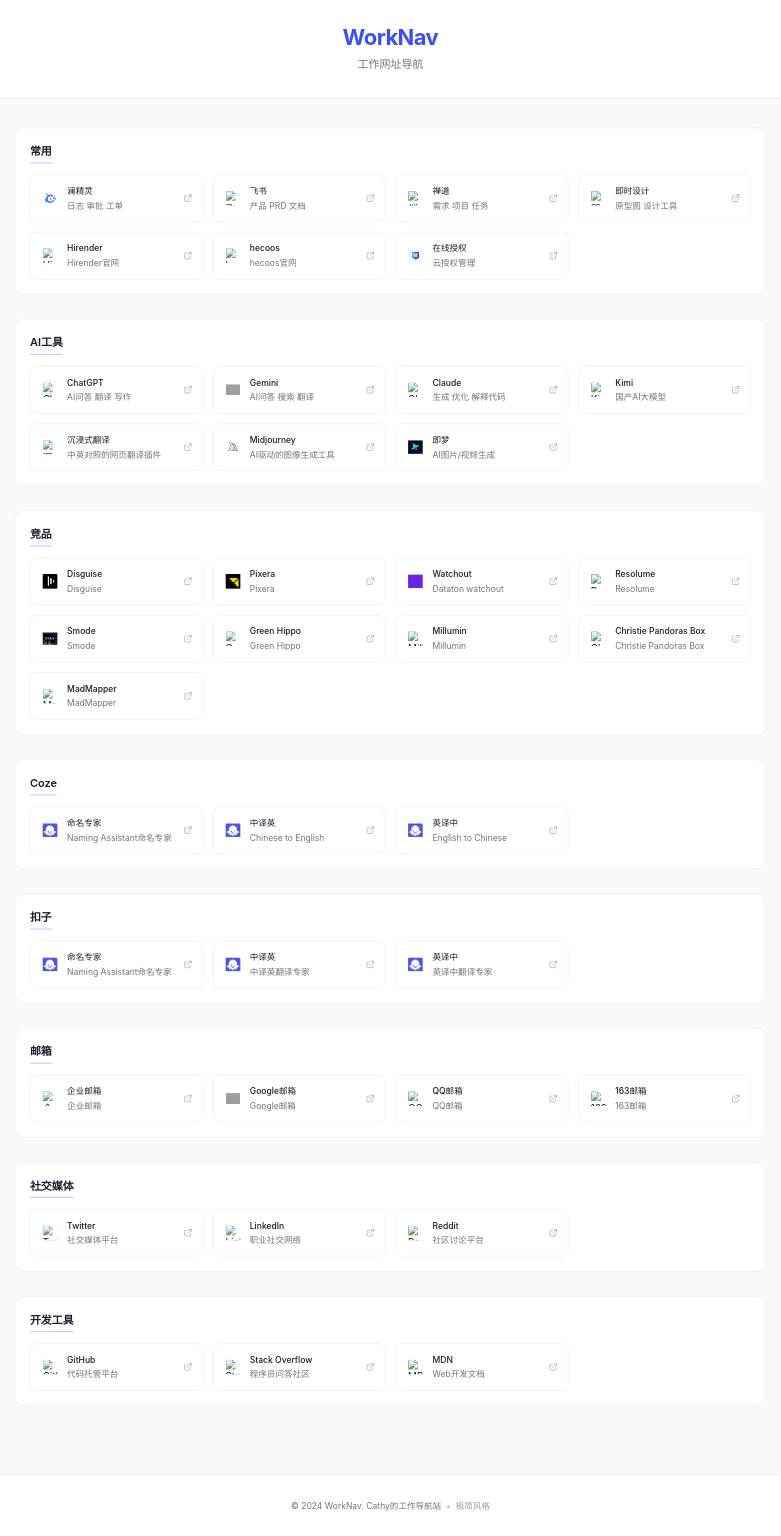
Repository: SweetPomelo0/WorkNav
Page: /
The author's editor kept a copy of each file at every save. The page is drawn from the files as they stood at one save, then again after the next save.
The browser window is 1280 px wide. The pictures show the whole page, at 61% of full size.
Pictures or frames that could not be fetched are drawn as grey boxes. The project was rebuilt for these pictures with package versions that can differ from the ones it lists, and the page was loaded fresh each time. The framework's server and built-in components were replaced by stand-ins that run in the browser. Also part of the build but not shown: next.config.ts.

Above is the page before, as saved 2025-07-26 21:06:49.

### src/app/layout.tsx
import type { Metadata } from "next";
import { Geist, Geist_Mono } from "next/font/google";
import "./globals.css";

const geistSans = Geist({
  variable: "--font-geist-sans",
  subsets: ["latin"],
});

const geistMono = Geist_Mono({
  variable: "--font-geist-mono",
  subsets: ["latin"],
});

export const metadata: Metadata = {
  title: "WorkNav - 工作网址导航",
  description: "一个简洁的工作网址导航页面",
};

export default function RootLayout({
  children,
}: Readonly<{
  children: React.ReactNode;
}>) {
  return (
    <html lang="en">
      <body
        className={`${geistSans.variable} ${geistMono.variable} antialiased`}
      >
        {children}
      </body>
    </html>
  );
}

### src/app/page.tsx
export default function Home() {
  // 定义导航分类和链接
  const categories = [
    {
      title: "常用",
      links: [
        { name: "澜精灵", url: "https://www.lanerp.com/Admin/index/index.html", desc: "日志 审批 工单", icon: "/img/lanjingling.png" },
        { name: "飞书", url: "https://enlightv.feishu.cn/wiki/D6Z1wOai9iVI4bkVlumcJprDn2e?fromScene=spaceOverview", desc: "产品 PRD 文档", icon: "https://feishu.cn/favicon.ico" },
        { name: "禅道", url: "https://enlightv.zentaopm.com/my/", desc: "需求 项目 任务", icon: "https://enlightv.zentaopm.com/favicon.ico" },
        { name: "即时设计", url: "https://js.design/recent", desc: "原型图 设计工具", icon: "https://img.js.design/assets/webImg/favicon.ico" },
        { name: "Hirender", url: "https://www.hirender.com/#/home", desc: "Hirender官网", icon: "https://www.hirender.com/favicon.ico" },
        { name: "hecoos", url: "https://www.hecoos.com/web/#/home", desc: "hecoos官网", icon: "https://www.hecoos.com/favicon.ico" },
        { name: "在线授权", url: "https://license.enlightv.com/web/", desc: "云授权管理", icon: "data:[embedded picture, 6295 characters]" },
      ]
    },
    {
      title: "AI工具",
      links: [
        { name: "ChatGPT", url: "https://chatgpt.com/", desc: "AI问答 翻译 写作", icon: "https://cdn.oaistatic.com/assets/favicon-180x180-od45eci6.webp" },
        { name: "Gemini", url: "https://gemini.google.com/app", desc: "AI问答 搜索 翻译", icon: "https://www.gstatic.com/lamda/images/gemini_sparkle_4g_512_lt_f94943af3be039176192d.png" },
        { name: "Claude", url: "https://claude.ai/", desc: "生成 优化 解释代码", icon: "https://claude.ai/favicon.ico" },
        { name: "Kimi", url: "https://www.kimi.com/", desc: "国产AI大模型", icon: "https://www.kimi.com/favicon.ico" },
        { name: "沉浸式翻译", url: "https://immersivetranslate.com/zh-Hans/?utm_source=ai-bot.cn", desc: "中英对照的网页翻译插件", icon: "https://immersivetranslate.com/favicon.ico" },
        { name: "Midjourney", url: "https://www.midjourney.com/explore?tab=video_top", desc: "AI驱动的图像生成工具", icon: "/img/mj.png" },
        { name: "即梦", url: "https://jimeng.jianying.com/ai-tool/home", desc: "AI图片/视频生成", icon: "/img/jimeng.png" }

      ]
    },
    {
      title: "竞品",
      links: [
        { name: "Disguise", url: "https://www.disguise.one/en", desc: "Disguise", icon: "/img/disguise.png" },
        { name: "Pixera", url: "https://pixera.one/zh/software/overview/", desc: "Pixera", icon: "/img/pixera.png" },
        { name: "Watchout", url: "https://www.dataton.com/", desc: "Dataton watchout", icon: "/img/watchout.png" },
        { name: "Resolume", url: "https://resolume.com/", desc: "Resolume", icon: "https://resolume.com/images/favicons/apple-touch-icon.png" },
        { name: "Smode", url: "https://www.smode.io/en/", desc: "Smode", icon: "/img/smode.png" },
        { name: "Green Hippo", url: "https://www.green-hippo.com/", desc: "Green Hippo", icon: "https://www.green-hippo.com/wp-content/themes/greenhippo/assets/icons/favicon.ico" },
        { name: "Millumin", url: "https://millumin.com/v5/index.php", desc: "Millumin", icon: "https://www.millumin.com/favicon/apple-icon-180x180.png" },
        { name: "Christie Pandoras Box", url: "https://www.christiedigital.com/products/christie-pandoras-box/", desc: "Christie Pandoras Box", icon: "https://www.christiedigital.com/apple-touch-icon.png" },
        { name: "MadMapper", url: "https://madmapper.com/madmapper/software", desc: "MadMapper", icon: "https://madmapper.com/images/favicon/apple-touch-icon.png" }

      ]
    },
    {
      title: "Coze",
      links: [
        { name: "命名专家", url: "https://www.coze.com/store/agent/7530562770308956161?bot_id=true", desc: "Naming Assistant命名专家", icon: "/img/coze.png" },
        { name: "中译英", url: "https://www.coze.com/store/agent/7530572378075152440?bot_id=true", desc: "Chinese to English", icon: "/img/coze.png" },
        { name: "英译中", url: "https://www.coze.com/store/agent/7530572202144694273?bot_id=true", desc: "English to Chinese", icon: "/img/coze.png" }
      ]
    },
    {
      title: "扣子",
      links: [
        { name: "命名专家", url: "https://www.coze.cn/store/agent/7530571775823577130?bot_id=true", desc: "Naming Assistant命名专家", icon: "/img/coze.png" },
        { name: "中译英", url: "https://www.coze.cn/store/agent/7530581452909035572?bot_id=true", desc: "中译英翻译专家", icon: "/img/coze.png" },
        { name: "英译中", url: "https://www.coze.cn/store/agent/7530581958234193970?bot_id=true", desc: "英译中翻译专家", icon: "/img/coze.png" }
      ]
    },
    {
      title: "邮箱",
      links: [
        { name: "企业邮箱", url: "https://exmail.qq.com/cgi-bin/frame_html?sid=qPUC22bEtIEF7kUt,2&sign_type=&r=586a2a390ca023395a120877ca5870f0", desc: "企业邮箱", icon: "https://exmail.qq.com/favicon.ico" },
        { name: "Google邮箱", url: "https://mail.google.com/mail/u/0/#inbox", desc: "Google邮箱", icon: "https://ssl.gstatic.com/ui/v1/icons/mail/rfr/gmail.ico" },
        { name: "QQ邮箱", url: "https://mail.qq.com/", desc: "QQ邮箱", icon: "https://mail.qq.com/favicon.ico" },
        { name: "163邮箱", url: "https://mail.163.com/", desc: "163邮箱", icon: "https://mail.163.com/favicon.ico" }
      ]
    },
    {
      title: "社交媒体",
      links: [
        { name: "Twitter", url: "https://twitter.com", desc: "社交媒体平台", icon: "https://twitter.com/favicon.ico" },
        { name: "LinkedIn", url: "https://www.linkedin.com", desc: "职业社交网络", icon: "https://www.linkedin.com/favicon.ico" },
        { name: "Reddit", url: "https://www.reddit.com", desc: "社区讨论平台", icon: "https://www.reddit.com/favicon.ico" }
      ]
    },
    {
      title: "开发工具",
      links: [
        { name: "GitHub", url: "https://github.com", desc: "代码托管平台", icon: "https://github.com/favicon.ico" },
        { name: "Stack Overflow", url: "https://stackoverflow.com", desc: "程序员问答社区", icon: "https://stackoverflow.com/favicon.ico" },
        { name: "MDN", url: "https://developer.mozilla.org", desc: "Web开发文档", icon: "https://developer.mozilla.org/favicon.ico" },
      ]
    }

  ];

  return (
    <div className="min-h-screen" style={{ background: 'var(--background)', color: 'var(--text-primary)' }}>
      {/* Header */}
      <header style={{ background: 'var(--header-bg)', borderBottom: '1px solid var(--card-border)' }}>
        <div className="max-w-7xl mx-auto px-6 py-10">
          <div className="text-center">
            <h1 className="text-4xl font-bold mb-3 tracking-tight bg-clip-text text-transparent bg-gradient-to-r from-blue-600 to-indigo-600 dark:from-blue-400 dark:to-indigo-400">WorkNav</h1>
            <p className="text-lg" style={{ color: 'var(--text-secondary)' }}>工作网址导航</p>
          </div>
        </div>
      </header>

      {/* Main Content */}
       <main className="max-w-7xl mx-auto px-6 py-12">
         <div className="space-y-10">
           {categories.map((category, index) => (
             <div
               key={index}
               style={{
                 background: 'var(--card-bg)',
                 borderColor: 'var(--card-border)'
               }}
               className="rounded-2xl border p-6 transition-all duration-300 hover:shadow-lg"
             >
               <h2
                 className="text-lg font-semibold mb-6 relative inline-block"
                 style={{ color: 'var(--text-primary)' }}
               >
                 <span className="relative z-10">{category.title}</span>
                 <span
                  className="absolute bottom-0 left-0 w-full h-0.5 rounded-full opacity-30"
                  style={{ background: 'var(--accent)', transform: 'translateY(6px)' }}
                ></span>
               </h2>
               <div className="grid grid-cols-1 sm:grid-cols-2 lg:grid-cols-3 xl:grid-cols-4 gap-4">
                 {category.links.map((link, linkIndex) => (
                   <a
                     key={linkIndex}
                     href={link.url}
                     target="_blank"
                     rel="noopener noreferrer"
                     style={{
                       borderColor: 'var(--card-border)',
                       background: 'var(--card-bg)'
                     }}
                     className="block p-4 rounded-xl border hover:shadow-md transition-all duration-200 group relative"
                   >

                     <div className="flex items-center justify-between">
                       <div className="flex items-center flex-1">
                         <div className="w-8 h-8 mr-3 flex-shrink-0 flex items-center justify-center">
                           {link.icon ? (
                             <img
                               src={link.icon}
                               alt={`${link.name} icon`}
                               className="w-6 h-6 object-contain"
                             />
                           ) : (
                             <div
                               style={{ background: 'var(--card-hover)' }}
                               className="w-6 h-6 rounded-md flex items-center justify-center"
                             >
                               <span style={{ color: 'var(--text-secondary)' }} className="text-xs font-medium">
                                 {link.name.charAt(0).toUpperCase()}
                               </span>
                             </div>
                           )}
                         </div>
                         <div className="flex-1">
                           <h3
                             style={{ color: 'var(--text-primary)' }}
                             className="text-sm font-medium group-hover:text-blue-600 dark:group-hover:text-blue-400 transition-colors"
                           >
                             {link.name}
                           </h3>
                           <p
                             style={{ color: 'var(--text-secondary)' }}
                             className="text-sm mt-1"
                           >
                             {link.desc}
                           </p>
                         </div>
                       </div>
                       <svg
                         className="w-4 h-4 transition-colors ml-3 flex-shrink-0 group-hover:translate-x-1"
                         style={{ color: 'var(--text-tertiary)' }}
                         fill="none"
                         stroke="currentColor"
                         viewBox="0 0 24 24"
                       >
                         <path
                           strokeLinecap="round"
                           strokeLinejoin="round"
                           strokeWidth={2}
                           d="M10 6H6a2 2 0 00-2 2v10a2 2 0 002 2h10a2 2 0 002-2v-4M14 4h6m0 0v6m0-6L10 14"
                         />
                       </svg>
                     </div>
                   </a>
                 ))}
               </div>
             </div>
           ))}
         </div>
       </main>

      {/* Footer */}
      <footer style={{ borderTop: '1px solid var(--card-border)', background: 'var(--footer-bg)' }} className="mt-16">
        <div className="max-w-7xl mx-auto px-6 py-10">
          <div className="text-center">
            <p style={{ color: 'var(--text-secondary)' }} className="text-sm">
              © 2024 WorkNav. Cathy的工作导航站
              <span className="inline-block mx-2 opacity-50">•</span>
              <span className="opacity-70">极简风格</span>
            </p>
          </div>
        </div>
      </footer>
    </div>
  );
}

### src/app/globals.css
@import "tailwindcss";

:root {
  --background: #f8f9fa;
  --foreground: #1a1a2e;
  --card-bg: #ffffff;
  --card-border: #e9ecef;
  --card-hover: #f1f3f5;
  --accent: #4361ee;
  --accent-hover: #3a56d4;
  --text-primary: #1a1a2e;
  --text-secondary: #6c757d;
  --text-tertiary: #adb5bd;
  --header-bg: #ffffff;
  --footer-bg: #ffffff;
}

@theme inline {
  --color-background: var(--background);
  --color-foreground: var(--foreground);
  --font-sans: var(--font-geist-sans);
  --font-mono: var(--font-geist-mono);
}

@media (prefers-color-scheme: dark) {
  :root {
    --background: #121212;
    --foreground: #f8f9fa;
    --card-bg: #1e1e1e;
    --card-border: #2d2d2d;
    --card-hover: #2a2a2a;
    --accent: #4361ee;
    --accent-hover: #5a72f0;
    --text-primary: #f8f9fa;
    --text-secondary: #adb5bd;
    --text-tertiary: #6c757d;
    --header-bg: #1a1a1a;
    --footer-bg: #1a1a1a;
  }
}

body {
  background: var(--background);
  color: var(--foreground);
  font-family:
    "Inter",
    -apple-system,
    BlinkMacSystemFont,
    "Segoe UI",
    Roboto,
    Oxygen,
    Ubuntu,
    Cantarell,
    "Open Sans",
    "Helvetica Neue",
    sans-serif;
}

/* 平滑滚动和过渡效果 */
html {
  scroll-behavior: smooth;
}

* {
  transition:
    background-color 0.2s ease,
    border-color 0.2s ease,
    transform 0.2s ease;
}

/* 自定义滚动条 */
::-webkit-scrollbar {
  width: 8px;
  height: 8px;
}

::-webkit-scrollbar-track {
  background: transparent;
}

::-webkit-scrollbar-thumb {
  background: var(--text-tertiary);
  border-radius: 4px;
}

::-webkit-scrollbar-thumb:hover {
  background: var(--text-secondary);
}

After the next save:
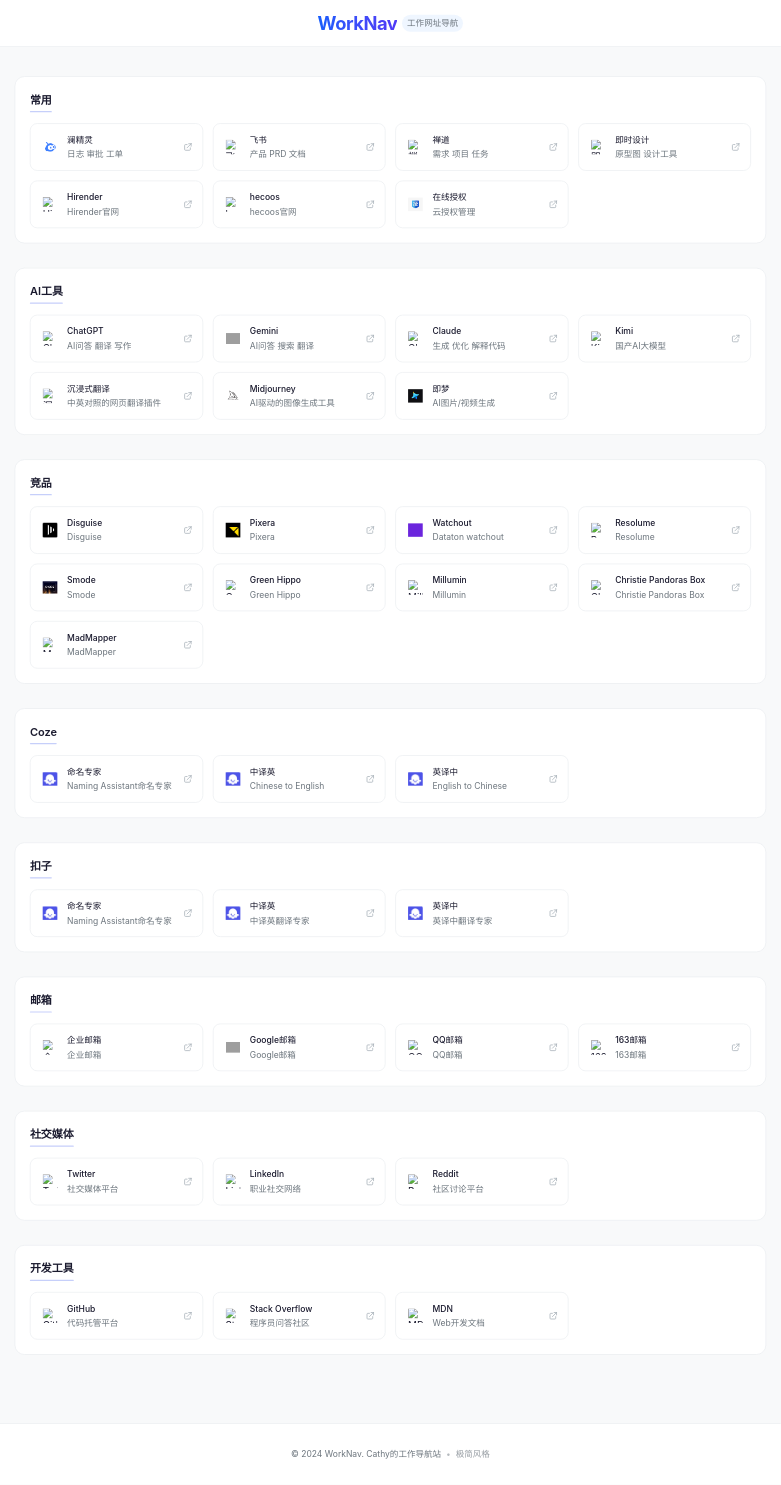
Saved 65 s later.
--- a/src/app/page.tsx
+++ b/src/app/page.tsx
@@ -89,10 +89,10 @@
     <div className="min-h-screen" style={{ background: 'var(--background)', color: 'var(--text-primary)' }}>
       {/* Header */}
       <header style={{ background: 'var(--header-bg)', borderBottom: '1px solid var(--card-border)' }}>
-        <div className="max-w-7xl mx-auto px-6 py-10">
-          <div className="text-center">
-            <h1 className="text-4xl font-bold mb-3 tracking-tight bg-clip-text text-transparent bg-gradient-to-r from-blue-600 to-indigo-600 dark:from-blue-400 dark:to-indigo-400">WorkNav</h1>
-            <p className="text-lg" style={{ color: 'var(--text-secondary)' }}>工作网址导航</p>
+        <div className="max-w-7xl mx-auto px-6 py-5">
+          <div className="text-center flex items-center justify-center gap-2">
+            <h1 className="text-3xl font-bold tracking-tight bg-clip-text text-transparent bg-gradient-to-r from-blue-600 to-indigo-600 dark:from-blue-400 dark:to-indigo-400">WorkNav</h1>
+            <span className="text-sm px-2 py-1 rounded-full bg-blue-50 dark:bg-blue-900/30" style={{ color: 'var(--text-secondary)' }}>工作网址导航</span>
           </div>
         </div>
       </header>
